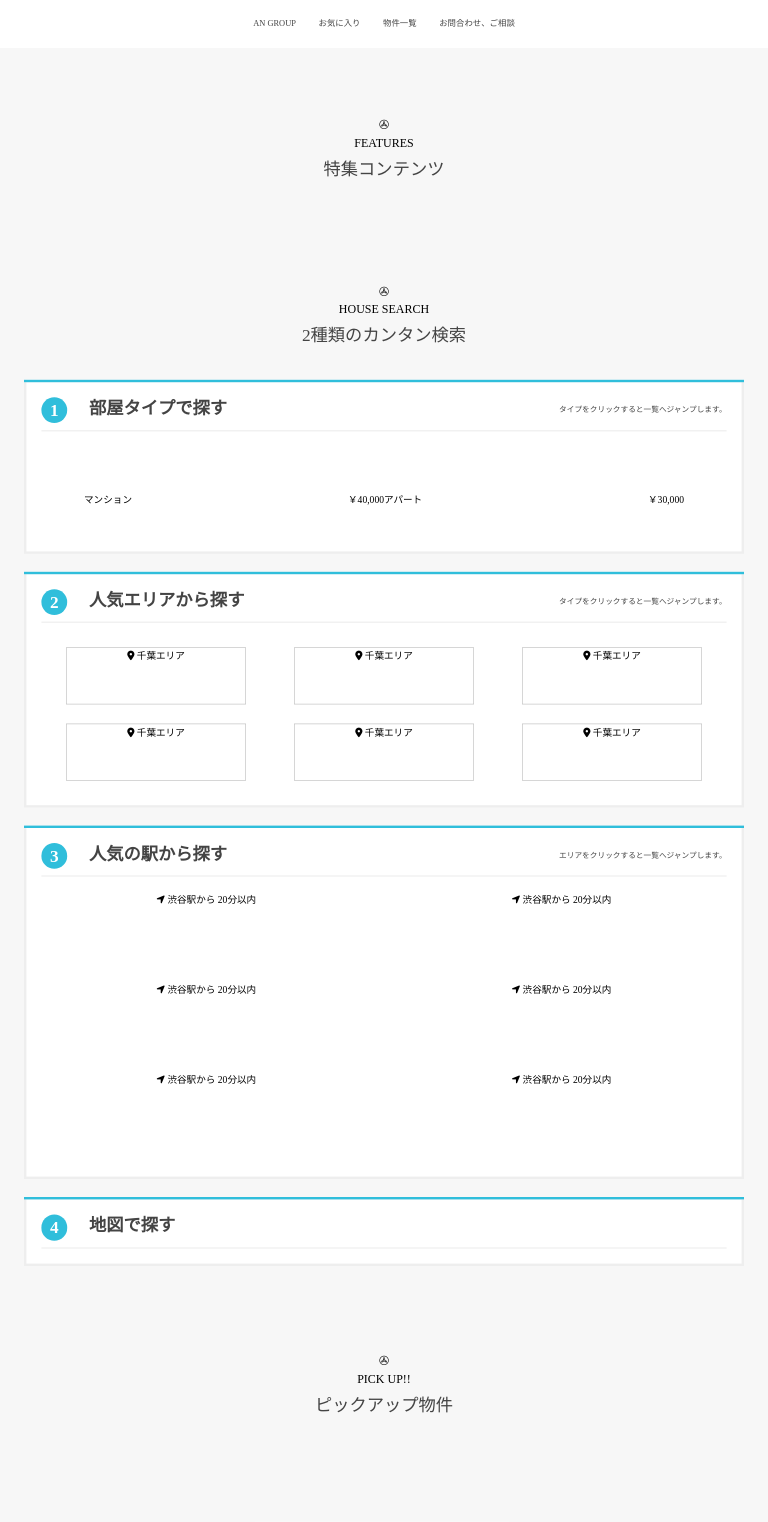
Repository: ninhdavid/real-estate
Page: index.html
These files come from the project's save history. The page is drawn as it stood at one moment and after the next save; the edit follows.
The browser window is 1280 px wide. The pictures show the whole page, at 60% of full size.
Some web libraries are served in a nearby version. The style sheet was rebuilt from its Sass, Less or Tailwind sources for each picture, by a compiler version that may differ from the author's.

Above is the page before, as saved 2022-05-12 17:01:21.

After the next save:
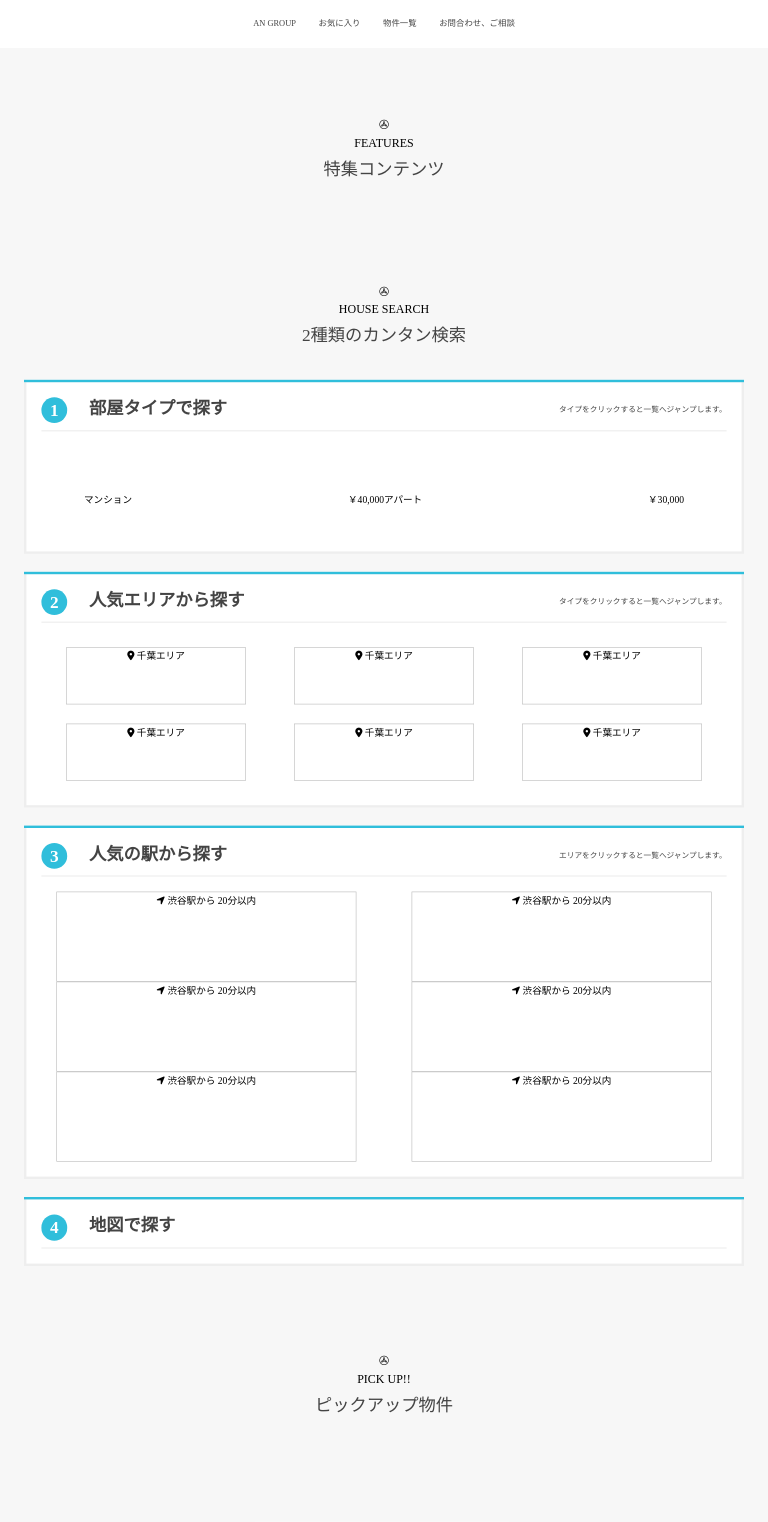
Saved 7 s later.
--- a/css/main.scss
+++ b/css/main.scss
@@ -182,5 +182,5 @@
     justify-content:space-between;
 }
 .station-des{
-
+    border:1px solid #bbbbbb;
 }
